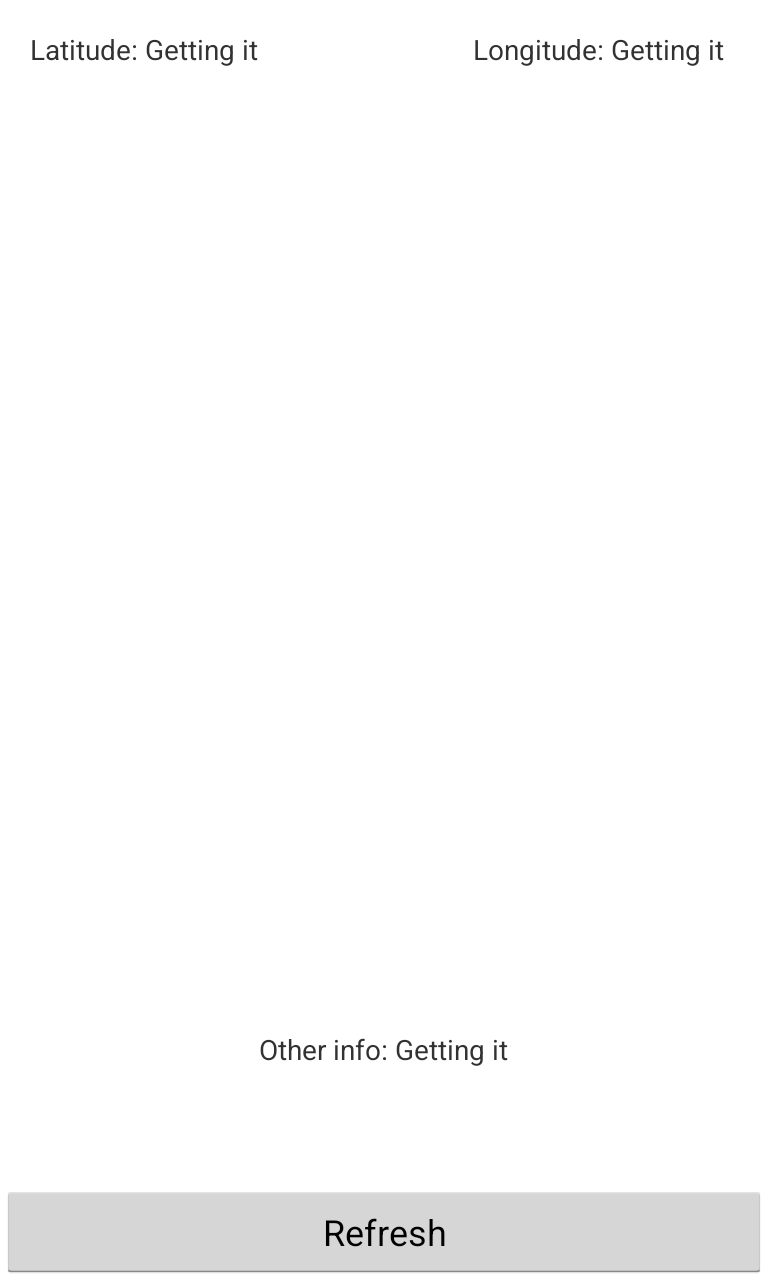
Repository: isitso/android_class
Layout: LocationGooglePlay/res/layout/main.xml
The author's editor kept a copy of each file at every save. The layout is drawn from the files as they stood at one save, then again after the next save.
It is drawn on a 768 x 1280 px phone screen (xhdpi) without system bars, with theme AppTheme; the app's code is not run.

Above is the layout before, as saved 2014-04-28 01:48:10.

After the next save:
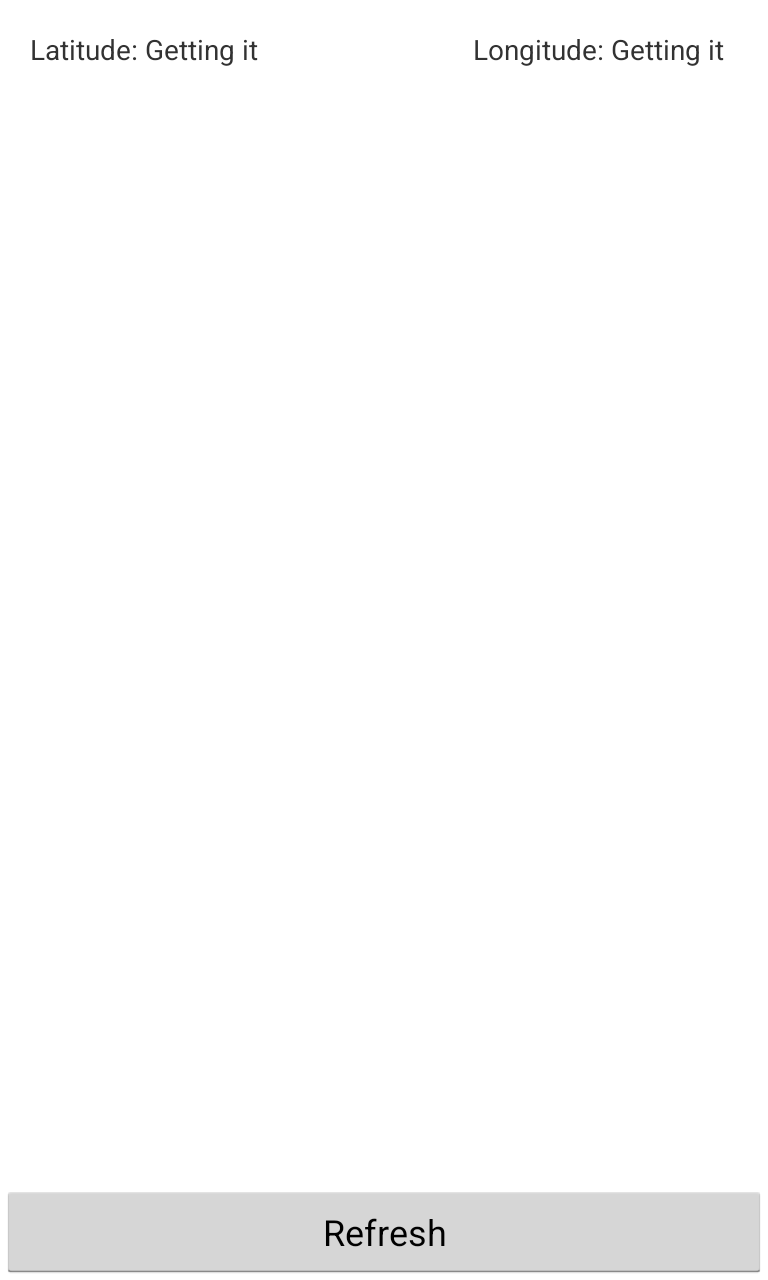
Saved 53 s later.
--- a/LocationGooglePlay/res/layout/main.xml
+++ b/LocationGooglePlay/res/layout/main.xml
@@ -22,14 +22,7 @@
         android:layout_marginTop="15dp"
         android:text="Latitude: Getting it" />
 
-    <TextView
-        android:id="@+id/info"
-        android:layout_width="wrap_content"
-        android:layout_height="wrap_content"
-        android:layout_above="@+id/refresh"
-        android:layout_centerHorizontal="true"
-        android:layout_marginBottom="58dp"
-        android:text="Other info: Getting it" />
+
 
     <TextView
         android:id="@+id/longitudeView"
